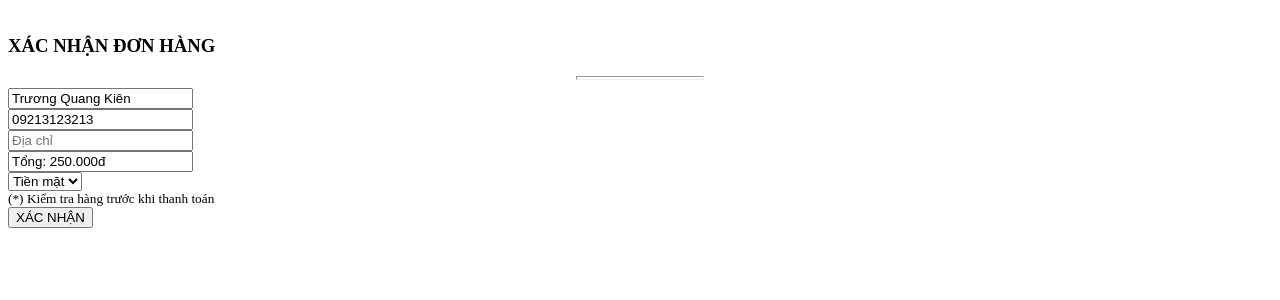
Repository: kienkiddo/BaiTapWebBanHang
Page: http://localhost/LapTrinhWebsite/home/view/thanks.jsp
These files come from the project's save history. The page is drawn as it stood at one moment and after the next save; the edit follows.
The browser window is 1280 px wide. The pictures show the whole page.
The page is served by Tomcat 9.

Above is the page before, as saved 2022-05-11 13:48:31.

After the next save:
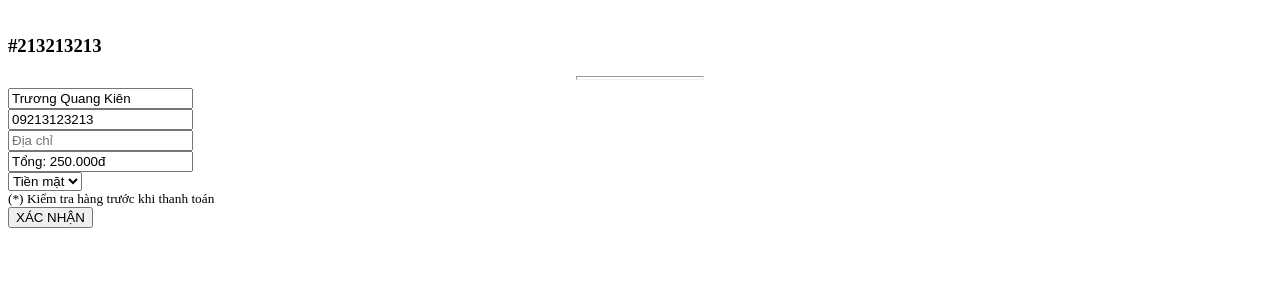
Saved 103 s later.
--- a/LapTrinhWebsite/src/main/webapp/home/view/thanks.jsp
+++ b/LapTrinhWebsite/src/main/webapp/home/view/thanks.jsp
@@ -5,7 +5,7 @@
 <div class="container" style="margin-top: 35px">
   <div class="row">
     <div class="col">
-      <h3 class="text-center">XÁC NHẬN ĐƠN HÀNG</h3>
+      <h3 class="text-center">#213213213</h3>
       <hr style="width: 10%; height: 2px" class="color-main">
       <div class="container pt-4">
         <div class="row">
